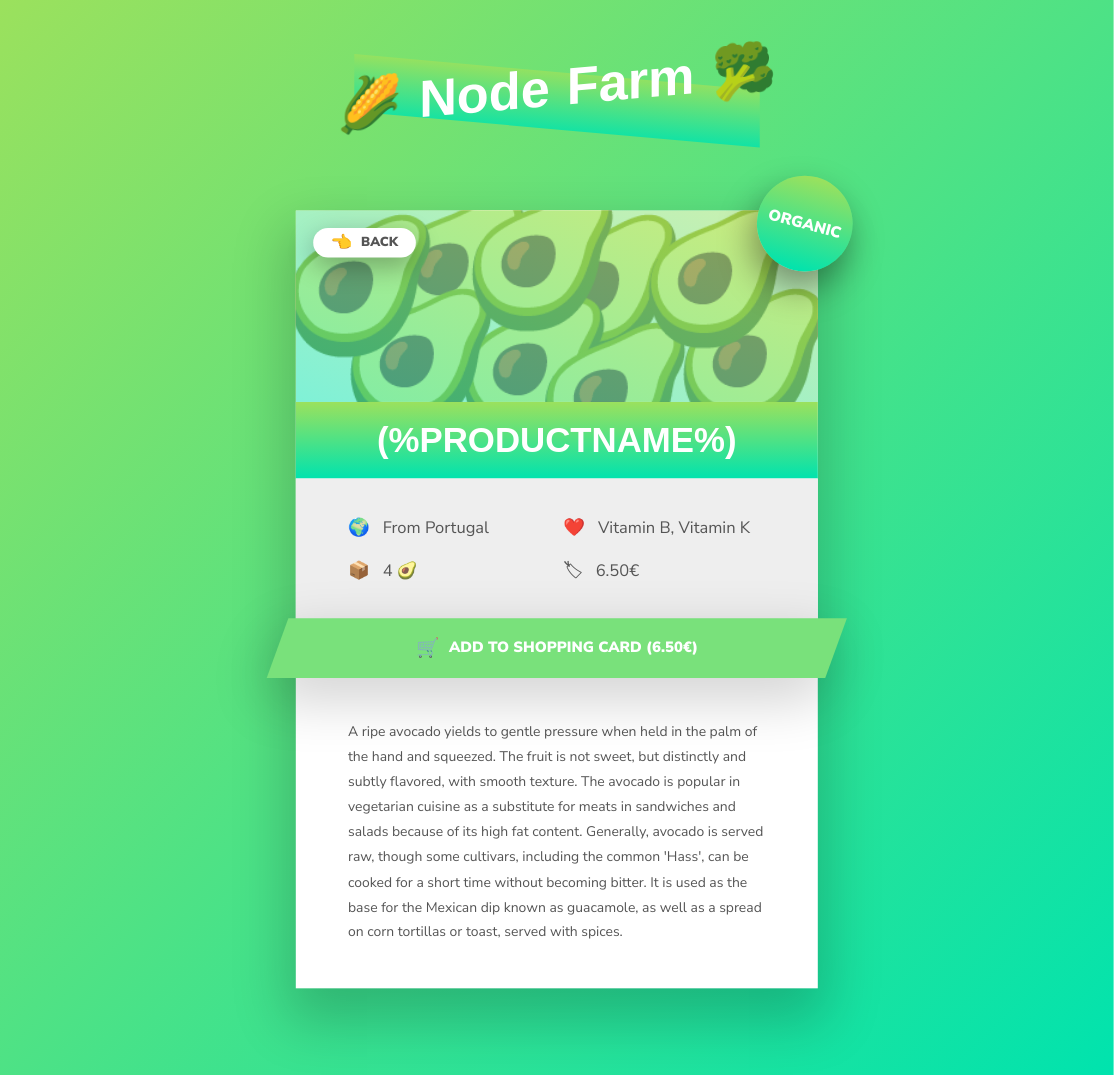
Repository: smit1298/complete-node-bootcamp
Page: node-farm/starter/templates/product.html
These files come from the project's save history. The page is drawn as it stood at one moment and after the next save; the edit follows.
The browser window is 1280 px wide. The pictures show the whole page, at 87% of full size.
Some web fonts or font styles are not loaded; a fallback is used.

Above is the page before, as saved 2021-07-21 12:58:42.

After the next save:
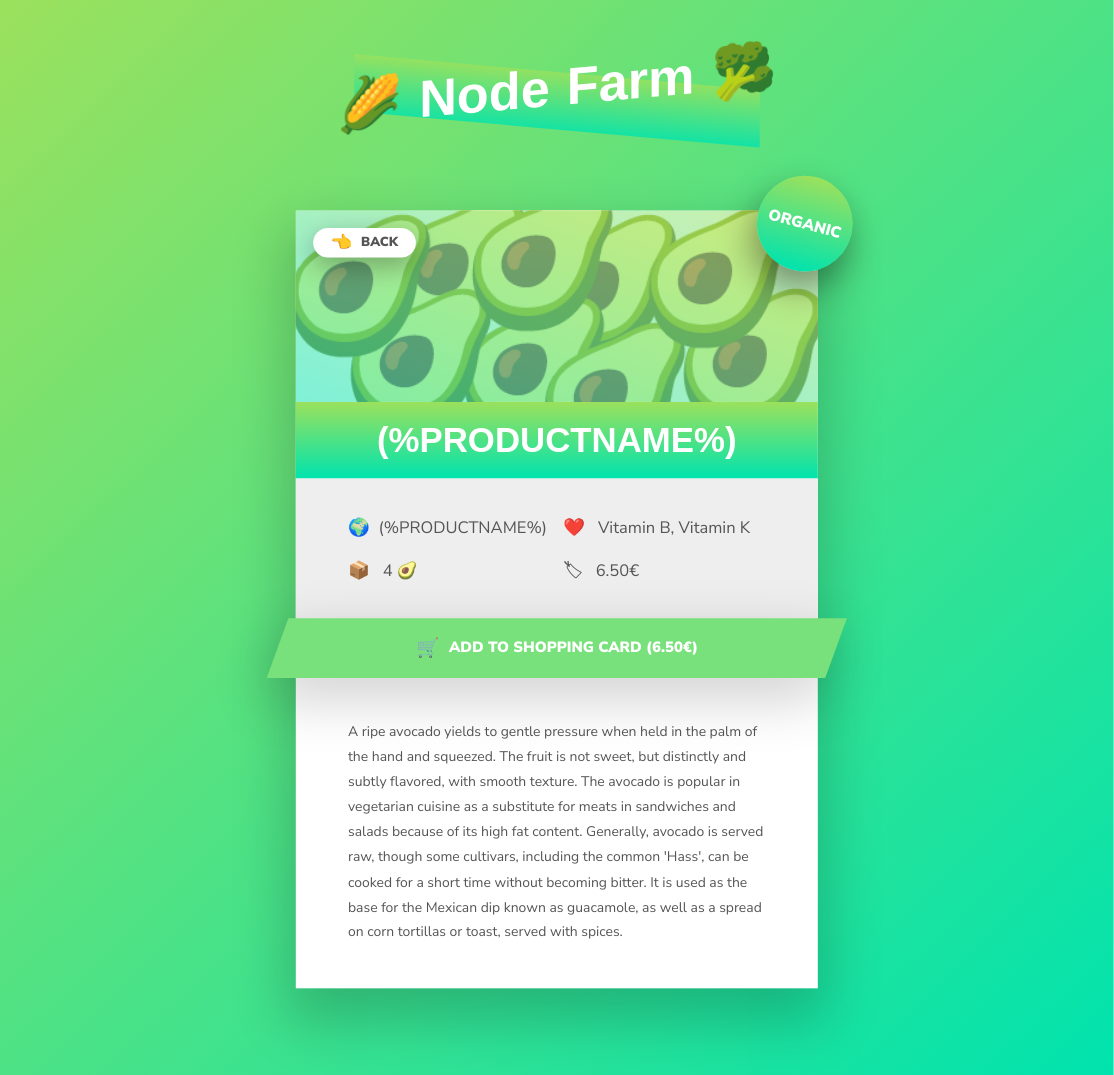
Saved 35 s later.
--- a/node-farm/starter/templates/product.html
+++ b/node-farm/starter/templates/product.html
@@ -287,7 +287,7 @@
         </div>
         <h2 class="product__name">(%PRODUCTNAME%)</h2>
         <div class="product__details">
-          <p><span class="emoji-left">🌍</span> From Portugal</p>
+          <p><span class="emoji-left">🌍</span>(%PRODUCTNAME%)</p>
           <p><span class="emoji-left">❤️</span> Vitamin B, Vitamin K</p>
           <p><span class="emoji-left">📦</span> 4 🥑</p>
           <p><span class="emoji-left">🏷</span> 6.50€</p>
